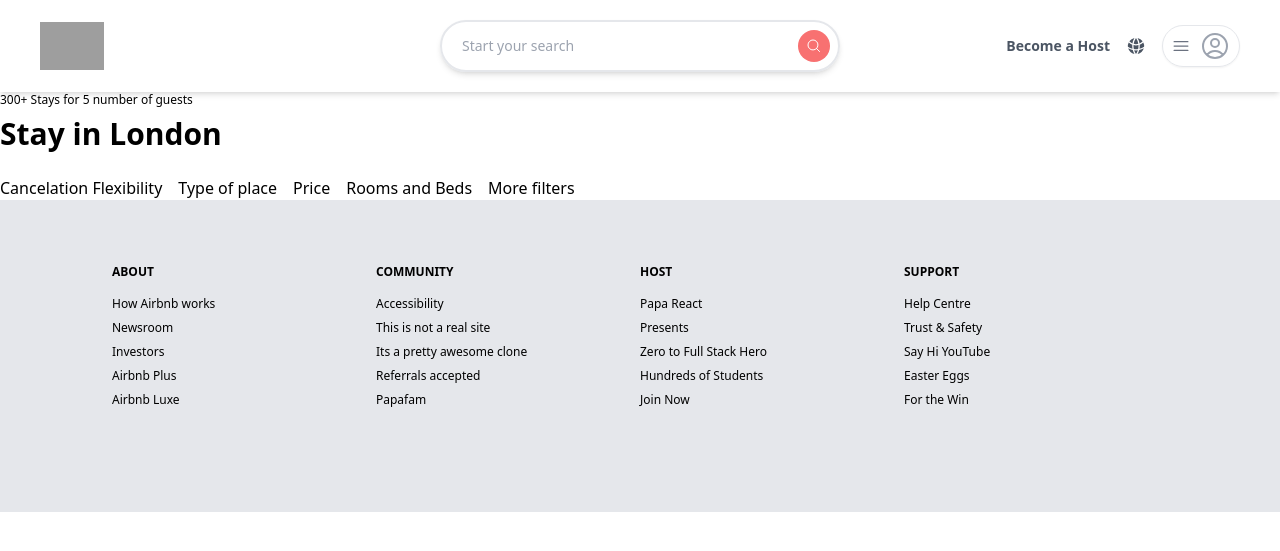
Repository: lakshithapramodya/airbnb
Page: /search
An editor plug-in stored every save of this project. The page is shown before and after the next save, followed by the edit.
The browser window is 1280 px wide. The pictures show the whole page.
Pictures or frames that could not be fetched are drawn as grey boxes. The project was rebuilt for these pictures with package versions that can differ from the ones it lists, and the page was loaded fresh each time. The framework's server and built-in components were replaced by stand-ins that run in the browser. Also part of the build but not shown: next.config.js.

Above is the page before, as saved 2022-10-19 11:13:06.

### pages/_app.jsx
import "../styles/globals.css";
import { AppProps } from "next/app";

function MyApp({ Component, pageProps }) {
  return <Component {...pageProps} />;
}

export default MyApp;

### pages/search.js
import React from "react";
import Footer from "../components/Footer";
import Header from "../components/Header";

function search() {
  return (
    <div>
      <Header />

      <main className="flex">
        <section>
          <p className="text-xs">300+ Stays for 5 number of guests</p>
          <h1 className="font-semibold text-3xl mt-2 mb-6">Stay in London</h1>

          <div className="flex space-x-4">
            <p>Cancelation Flexibility</p>
            <p>Type of place</p>
            <p>Price</p>
            <p>Rooms and Beds</p>
            <p>More filters</p>
          </div>
        </section>
      </main>

      <Footer />
    </div>
  );
}

export default search;

### components/Footer.js
import React from "react";

function Footer() {
  return (
    <div className="grid grid-cols-1 md:grid-cols-4 py-16 px-28 bg-gray-200">
      <div className="pb-8">
        <h2 className="font-bold text-xs font-sans mb-4 cursor-pointer">
          ABOUT
        </h2>
        <p className="text-xs my-2 cursor-pointer">How Airbnb works</p>
        <p className="text-xs my-2 cursor-pointer">Newsroom</p>
        <p className="text-xs my-2 cursor-pointer">Investors</p>
        <p className="text-xs my-2 cursor-pointer">Airbnb Plus</p>
        <p className="text-xs my-2 cursor-pointer">Airbnb Luxe</p>
      </div>
      <div className="pb-8">
        <h2 className="font-bold text-xs font-sans mb-4 cursor-pointer">
          COMMUNITY
        </h2>
        <p className="text-xs my-2 cursor-pointer">Accessibility</p>
        <p className="text-xs my-2 cursor-pointer">This is not a real site</p>
        <p className="text-xs my-2 cursor-pointer">
          Its a pretty awesome clone
        </p>
        <p className="text-xs my-2 cursor-pointer">Referrals accepted</p>
        <p className="text-xs my-2 cursor-pointer">Papafam</p>
      </div>
      <div className="pb-8">
        <h2 className="font-bold text-xs font-sans mb-4 cursor-pointer">
          HOST
        </h2>
        <p className="text-xs my-2 cursor-pointer">Papa React</p>
        <p className="text-xs my-2 cursor-pointer">Presents</p>
        <p className="text-xs my-2 cursor-pointer">Zero to Full Stack Hero</p>
        <p className="text-xs my-2 cursor-pointer">Hundreds of Students</p>
        <p className="text-xs my-2 cursor-pointer">Join Now</p>
      </div>
      <div className="pb-8">
        <h2 className="font-bold text-xs font-sans mb-4 cursor-pointer">
          SUPPORT
        </h2>
        <p className="text-xs my-2 cursor-pointer">Help Centre</p>
        <p className="text-xs my-2 cursor-pointer">Trust & Safety</p>
        <p className="text-xs my-2 cursor-pointer">Say Hi YouTube</p>
        <p className="text-xs my-2 cursor-pointer">Easter Eggs</p>
        <p className="text-xs my-2 cursor-pointer">For the Win</p>
      </div>
    </div>
  );
}

export default Footer;

### components/Header.js
import React, { useState } from "react";
import Image from "next/image";
import {
  MagnifyingGlassIcon,
  Bars3Icon,
  UserCircleIcon,
} from "@heroicons/react/24/outline";
import { GlobeAltIcon, UsersIcon } from "@heroicons/react/24/solid";
import "react-date-range/dist/styles.css";
import "react-date-range/dist/theme/default.css";
import { DateRangePicker } from "react-date-range";

function Header() {
  const [searchText, setSearchTExt] = useState("");
  const [startDate, setStartDate] = useState(new Date());
  const [endDate, setEndDate] = useState(new Date());
  const [guests, setGuests] = useState(1);

  const selectionRange = {
    startDate: startDate,
    endDate: endDate,
    key: "selection",
  };

  const handleChange = (ranges) => {
    setStartDate(ranges.selection.startDate);
    setEndDate(ranges.selection.endDate);
  };

  const resetInput = () => {
    setSearchTExt("");
  };

  return (
    <div
      className="sticky top-0  z-50 grid grid-cols-3 bg-white shadow-md
    p-5 md:px-10"
    >
      {/* Left */}
      <div className="relative flex item-center h-12 cursor-pointer my-auto">
        <Image
          src="https://1000logos.net/wp-content/uploads/2017/08/Airbnb-Logo.png"
          layout="fill"
          objectFit="contain"
          objectPosition="left"
        />
      </div>

      {/* Middle */}
      <div
        className="flex items-center md:border-2 rounded-full py-2
      md:shadow-md"
      >
        <input
          value={searchText}
          onChange={(e) => setSearchTExt(e.target.value)}
          className="!outline-0 pl-5 bg-transparent flex-grow
          md:min-w-0  text-sm text-gray-600"
          type="text"
          placeholder="Start your search"
        />
        <MagnifyingGlassIcon
          className="hidden md:inline-flex h-8 bg-red-400
         text-white rounded-full p-2 cursor-pointer md:mx-2 "
        />
      </div>

      {/* Right */}
      <div className="flex items-center space-x-4 justify-end">
        <p
          className="text-sm font-semibold cursor-pointer
        rounded-full text-gray-600 hidden md:inline"
        >
          Become a Host
        </p>

        <GlobeAltIcon className="h-5 text-gray-600 cursor-pointer" />

        <div
          className="flex items-center border rounded-full p-1
        space-x-2 shadow-sm px-2 hover:shadow-md"
        >
          <Bars3Icon className="h-5 text-gray-500" />
          <UserCircleIcon className="h-8 text-gray-400" />
        </div>
      </div>
      {searchText && (
        <div className="flex flex-col col-span-3 mx-auto">
          <DateRangePicker
            ranges={[selectionRange]}
            minDate={new Date()}
            rangeColors={["#FD5B61"]}
            onChange={handleChange}
          />
          <div>
            <div className="flex items-center border-b">
              <h2 className="text-2xl font-semibold flex-grow">
                Number of Guests
              </h2>
              <UsersIcon className="h-5" />
              <input
                value={guests}
                onChange={(e) => setGuests(e.target.value)}
                min={1}
                type="number"
                className="w-12 ml-2 !outline-0 text-lg text-red-500"
              />
            </div>
            <div className="flex mt-4">
              <button onClick={resetInput} className="text-gray-500 flex-grow">
                Cancel
              </button>
              <button className="text-red-500 flex-grow">Search</button>
            </div>
          </div>
        </div>
      )}
    </div>
  );
}

export default Header;

Loaded but not shown: styles/globals.css (common file); tailwind.config.js (common file)

After the next save:
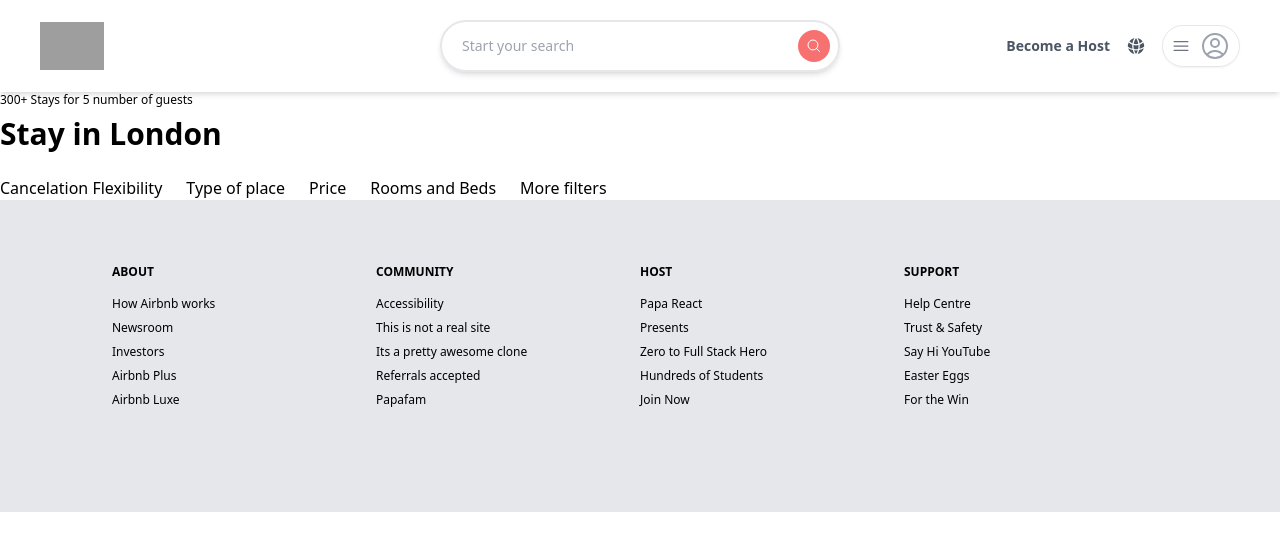
Saved 12 s later.
--- a/pages/search.js
+++ b/pages/search.js
@@ -12,7 +12,7 @@
           <p className="text-xs">300+ Stays for 5 number of guests</p>
           <h1 className="font-semibold text-3xl mt-2 mb-6">Stay in London</h1>
 
-          <div className="flex space-x-4">
+          <div className="flex space-x-6">
             <p>Cancelation Flexibility</p>
             <p>Type of place</p>
             <p>Price</p>
